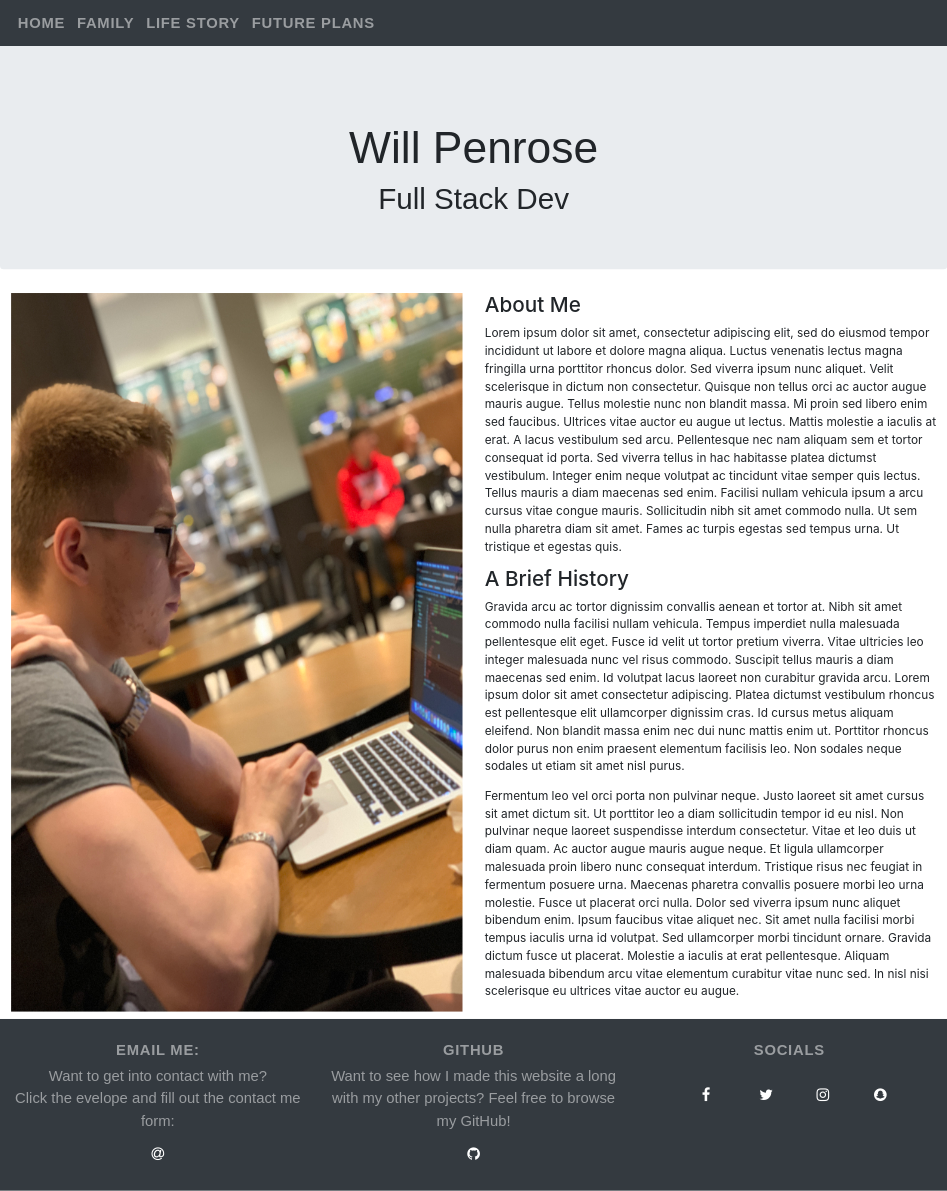
Repository: Code-Institute-Submissions/user-centric-frontend-dev-milestone-project
Page: index.html
The author's editor kept a record of every edit. The page is drawn from the files as they stood at one moment, then again after the next edit.
The browser window is 1280 px wide. The pictures show the whole page, at 74% of full size.
Some web fonts or font styles are not loaded; a fallback is used.

Above is the page before.

### index.html
<!DOCTYPE html>
<html lang="en">

<head>
    <meta charset="UTF-8">
    <meta name="viewport" content="width=device-width, initial-scale=1.0">
    <meta http-equiv="X-UA-Compatible" content="ie=edge">
    <link rel="stylesheet" href="assets/css/style.css" type="text/css" />
    <link rel="stylesheet" href="https://stackpath.bootstrapcdn.com/font-awesome/4.7.0/css/font-awesome.min.css" type="text/css" />
    <link rel="stylesheet" href="https://stackpath.bootstrapcdn.com/bootstrap/4.3.1/css/bootstrap.min.css" type="text/css" />
    <title>Will Penrose Autobiography</title>
</head>

<body>
    <header>
        <!--------------------------------------NAVBAR----------------------------->

        <nav class="navbar navbar-expand-sm navbar-dark bg-dark fixed-top text-uppercase">
            <button class="navbar-toggler" data-toggle="collapse" data-target="#collapse_target">
                <span class="navbar-toggler-icon"></span>
            </button>
            <div class="collapse navbar-collapse" id="collapse_target">
                <ul class="navbar-nav">
                    <li class="nav-item">
                        <a class="nav-link" href="#">Home</a>
                    </li>
                    <li class="nav-item">
                        <a class="nav-link" href="#">Family</a>
                    </li>
                    <li class="nav-item">
                        <a class="nav-link" href="#">Life Story</a>
                    </li>
                    <li class="nav-item">
                        <a class="nav-link" href="#">Future Plans</a>
                    </li>
                </ul>
            </div>
        </nav>
        <!--------------------------------------JUMBOTRON----------------------------->
        <div class="container-fluid">
            <div class="row jumbotron">
                <div class="col-12 heading">
                    <h1 class="name">Will Penrose</h1>
                    <h2 class="title">Full Stack Dev</h2>
                </div>
            </div>
        </div>
    </header>

    <!--------------------------------------MAIN IMAGE AND PARAGRAPHS----------------------------->

    <section>
        <div class="container-fluid">
            <div class="row">
                <div class="col-sm-12 col-md-12 col-lg-6">
                    <img src="assets/images/will.jpg" class="image"></img>
                </div>
                <div class="col-sm-12 col-md-12 col-lg-6 home-paragraphs">
                    <h3>About Me</h3>
                    <p>
                        Lorem ipsum dolor sit amet, consectetur adipiscing elit, sed do eiusmod tempor incididunt ut labore et dolore magna aliqua. Luctus venenatis lectus magna fringilla urna porttitor rhoncus dolor. Sed viverra ipsum nunc aliquet. Velit scelerisque in dictum
                        non consectetur. Quisque non tellus orci ac auctor augue mauris augue. Tellus molestie nunc non blandit massa. Mi proin sed libero enim sed faucibus. Ultrices vitae auctor eu augue ut lectus. Mattis molestie a iaculis at erat.
                        A lacus vestibulum sed arcu. Pellentesque nec nam aliquam sem et tortor consequat id porta. Sed viverra tellus in hac habitasse platea dictumst vestibulum. Integer enim neque volutpat ac tincidunt vitae semper quis lectus. Tellus
                        mauris a diam maecenas sed enim. Facilisi nullam vehicula ipsum a arcu cursus vitae congue mauris. Sollicitudin nibh sit amet commodo nulla. Ut sem nulla pharetra diam sit amet. Fames ac turpis egestas sed tempus urna. Ut tristique
                        et egestas quis.
                    </p>
                    <h3>A Brief History</h3>
                    <p>
                        Gravida arcu ac tortor dignissim convallis aenean et tortor at. Nibh sit amet commodo nulla facilisi nullam vehicula. Tempus imperdiet nulla malesuada pellentesque elit eget. Fusce id velit ut tortor pretium viverra. Vitae ultricies leo integer malesuada
                        nunc vel risus commodo. Suscipit tellus mauris a diam maecenas sed enim. Id volutpat lacus laoreet non curabitur gravida arcu. Lorem ipsum dolor sit amet consectetur adipiscing. Platea dictumst vestibulum rhoncus est pellentesque
                        elit ullamcorper dignissim cras. Id cursus metus aliquam eleifend. Non blandit massa enim nec dui nunc mattis enim ut. Porttitor rhoncus dolor purus non enim praesent elementum facilisis leo. Non sodales neque sodales ut etiam
                        sit amet nisl purus.
                    </p>
                    <p>
                        Fermentum leo vel orci porta non pulvinar neque. Justo laoreet sit amet cursus sit amet dictum sit. Ut porttitor leo a diam sollicitudin tempor id eu nisl. Non pulvinar neque laoreet suspendisse interdum consectetur. Vitae et leo duis ut diam quam. Ac
                        auctor augue mauris augue neque. Et ligula ullamcorper malesuada proin libero nunc consequat interdum. Tristique risus nec feugiat in fermentum posuere urna. Maecenas pharetra convallis posuere morbi leo urna molestie. Fusce ut
                        placerat orci nulla. Dolor sed viverra ipsum nunc aliquet bibendum enim. Ipsum faucibus vitae aliquet nec. Sit amet nulla facilisi morbi tempus iaculis urna id volutpat. Sed ullamcorper morbi tincidunt ornare. Gravida dictum fusce
                        ut placerat. Molestie a iaculis at erat pellentesque. Aliquam malesuada bibendum arcu vitae elementum curabitur vitae nunc sed. In nisl nisi scelerisque eu ultrices vitae auctor eu augue.
                    </p>
                </div>
            </div>
        </div>
    </section>
    <!--------------------------------------FOOTER----------------------------->
    <footer>
        <div class="container-fluid">
            <div class="row">
                <div class="col-sm-4 footer-paragraph">
                    <h4 class="footer-section text-uppercase">Email Me:</h4>
                    <p>
                        Want to get into contact with me?<br> Click the evelope and fill out the contact me form:
                        <br>
                        <a href="contact.html" target="_blank">
                            <i class="fa fa-at email" aria-hidden="true"></i>
                            <span class="sr-only">Email</span>
                        </a>
                    </p>
                </div>
                <div class="col-sm-4 footer-paragraph">
                    <h4 class="footer-section text-uppercase social-links">GitHub</h4>
                    <p>
                        Want to see how I made this website a long with my other projects? Feel free to browse my GitHub!
                        <br>
                        <a href="#" target="_blank">
                            <i class="fa fa-github" aria-hidden="true"></i>
                            <span class="sr-only">GitHub</span>
                        </a>
                    </p>
                </div>
                <div class="col-sm-4 footer-paragraph">
                    <h4 class="footer-section text-uppercase">Socials</h4>
                    <ul class="list-inline social-links">
                        <li class="list-inline-item">
                            <a href="#" target="_blank">
                                <i class="fa fa-facebook" aria-hidden="true"></i>
                                <span class="sr-only">Facebook</span>
                            </a>
                        </li>
                        <li class="list-inline-item">
                            <a href="#" target="_blank">
                                <i class="fa fa-twitter" aria-hidden="true"></i>
                                <span class="sr-only">Twitter</span>
                            </a>
                        </li>
                        <li class="list-inline-item">
                            <a href="#" target="_blank">
                                <i class="fa fa-instagram" aria-hidden="true"></i>
                                <span class="sr-only">Instagram</span>
                            </a>
                        </li>
                        <li class="list-inline-item">
                            <a href="#" target="_blank">
                                <i class="fa fa-snapchat" aria-hidden="true"></i>
                                <span class="sr-only">Snapchat</span>
                            </a>
                        </li>
                    </ul>
                </div>
            </div>
        </div>
    </footer>
</body>

</html>

### assets/css/style.css
@import url('https://fonts.googleapis.com/css?family=Odibee+Sans&display=swap:100,200,300,400,500,600,700|PT Sans Narrow:100,200,300,400,500,600,700');

/*---------------------------Navbar*/

.navbar {
    font-family: "Odibee Sans", sans-serif;
    font-size: 20px;
    letter-spacing: 1px;
    font-weight: 600;
}

/*---------------------------General*/

.inline-block {
    display: inline-block;
}

/*---------------------------Heading*/

.heading {
    text-align: center;
    margin: 0;
    padding-top: 100px;
}

img {
    width: 100%;
    height: 100%;
}

.jumbotron .name {
    font-family: "Odibee Sans", sans-serif;
    font-weight: 500;
    font-size: 60px
}

.jumbotron .title {
    font-family: "PT Sans Narrow", sans-serif;
    font-weight: 300;
    font-size: 40px
}

/*----------------------Text*/

.paragraph-heading {
    font-family: "Odibee Sans", sans-serif;
    font-size: 50px;
    text-align: center;
    text-decoration: underline;

}

.home-paragraphs {
    height: 100%;
}

/*----------------------Media Quires*/

@media (max-width: 992px) {
    .home-paragraphs {
        padding-top: 20px;
    }
}

/*----------------------Contact Form*/

.contact-title {
    text-align: center;
}

/*----------------------Footer and Socials*/

footer {
    background-color: #343a40;
    color: rgba(255, 255, 255, 0.5);
    margin-top: 10px
}

.footer-paragraph {
    font-family: "PT Sans Narrow", sans-serif;
    text-align: center;
    font-size: 20px;
    font-weight: 400;
}

.footer-section {
    padding-top: 30px;
    text-align: center;
    font-family: "Odibee Sans", sans-serif;
    letter-spacing: 1px;
    font-size: 20px;
    font-weight: 600;
}

/*----------------------Footer Icons*/

.social-links li a i {
    width: 64px;
    height: 64px;
    color: #fff;
    padding: 30px;
}


p a i {
    width: 64px;
    height: 64px;
    color: #fff;
    padding-top: 20px;
}

After the next edit:
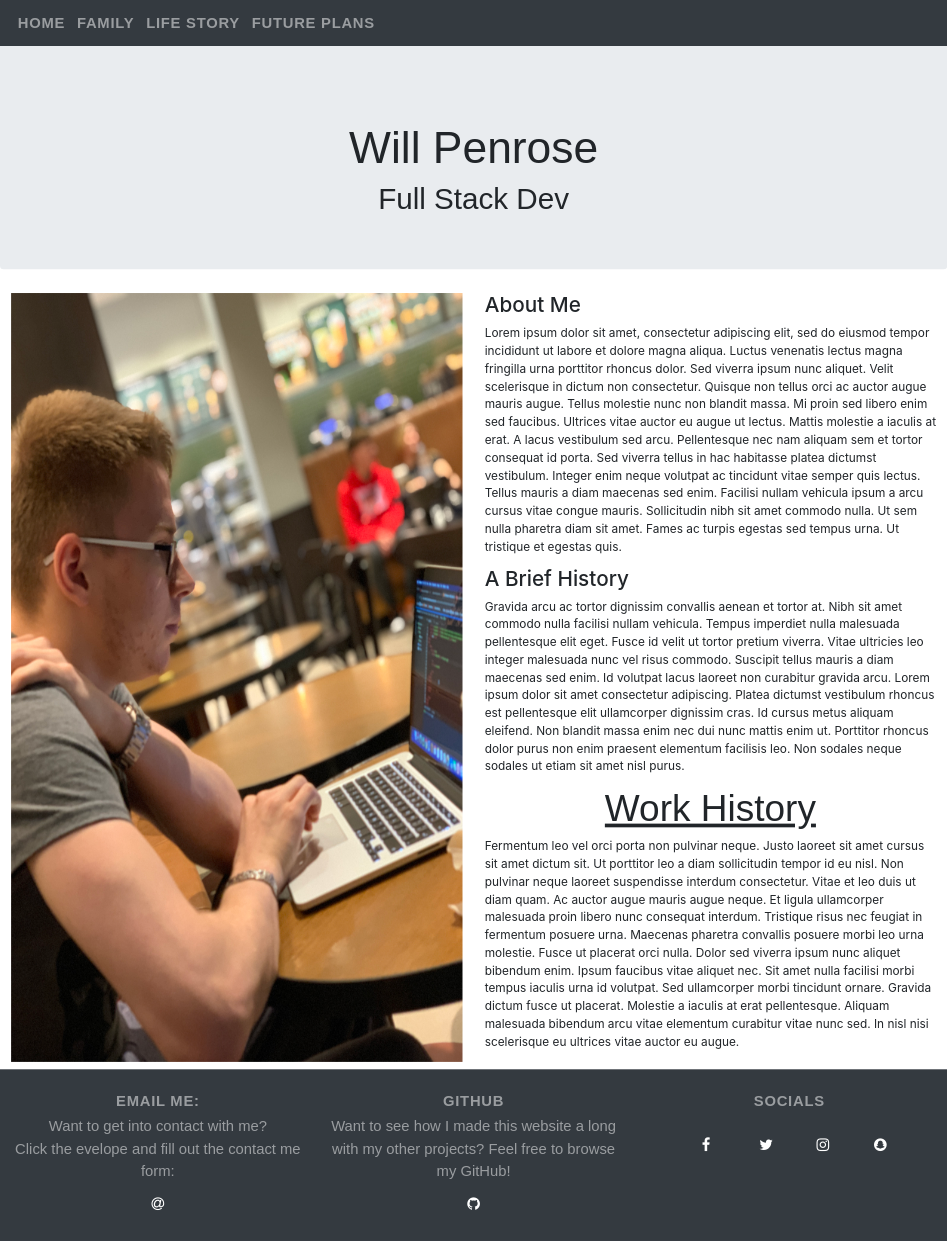
The edit:
--- a/index.html
+++ b/index.html
@@ -71,6 +71,7 @@
                         elit ullamcorper dignissim cras. Id cursus metus aliquam eleifend. Non blandit massa enim nec dui nunc mattis enim ut. Porttitor rhoncus dolor purus non enim praesent elementum facilisis leo. Non sodales neque sodales ut etiam
                         sit amet nisl purus.
                     </p>
+                    <h3 class="paragraph-heading">Work History</h3>
                     <p>
                         Fermentum leo vel orci porta non pulvinar neque. Justo laoreet sit amet cursus sit amet dictum sit. Ut porttitor leo a diam sollicitudin tempor id eu nisl. Non pulvinar neque laoreet suspendisse interdum consectetur. Vitae et leo duis ut diam quam. Ac
                         auctor augue mauris augue neque. Et ligula ullamcorper malesuada proin libero nunc consequat interdum. Tristique risus nec feugiat in fermentum posuere urna. Maecenas pharetra convallis posuere morbi leo urna molestie. Fusce ut
